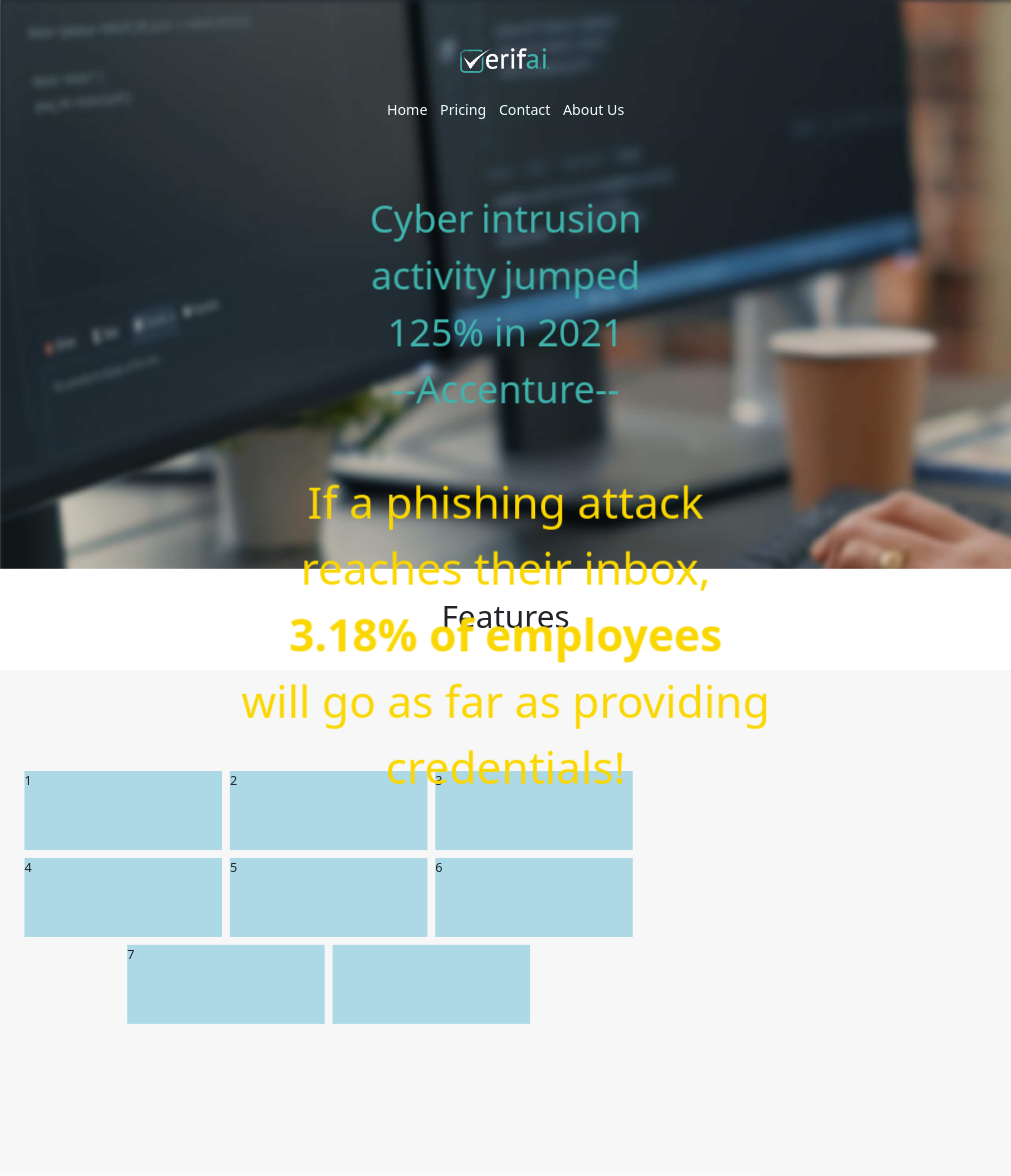
Repository: Ali-VB/verif-website
Page: /
These files come from the project's save history. The page is drawn as it stood at one moment and after a run of saves; the edit follows.
The browser window is 1280 px wide. The pictures show the whole page, at 79% of full size.
The project was rebuilt for these pictures with package versions that can differ from the ones it lists, and the page was loaded fresh each time.

Above is the page before, as saved 2022-04-19 10:54:42.

### src/index.css
 body {
  margin: 0;
  padding: 0;
  font-family: -apple-system, BlinkMacSystemFont, 'Segoe UI', 'Roboto', 'Oxygen',
    'Ubuntu', 'Cantarell', 'Fira Sans', 'Droid Sans', 'Helvetica Neue',
    sans-serif;
  -webkit-font-smoothing: antialiased;
  -moz-osx-font-smoothing: grayscale;
}

/* code {
  font-family: source-code-pro, Menlo, Monaco, Consolas, 'Courier New',
    monospace;
}  */

### src/App.js
import React from "react";
import './App.css'
import Navbar from './components/Navbar/Navbar';
import Features from './components/Features/Features'
import Header from './components/Header/Header'


function App() {
  return (
    <div>
      <div className="nav-bg">
        <Navbar />
        <Header />

      </div>
       <Features />
    </div>

  );
}

export default App;

### src/App.css

.nav-bg{
    background-image: url("./Assets/imgs/nav-bg.png");
    height: 100vh;
}

### src/components/Navbar/Navbar.jsx
import React from "react";
import "./Navbar.css";
import verifLogo from "../../Assets/imgs/logo_verif_white.png";
import Header from "../Header/Header";

function Navbar() {
  return (
    <div className="container">
      <div className=" navbar">
        <img className="verif-logo" src={verifLogo} alt="verif-logo" />
        <ul className="navLink">
          <li>Home</li>
          <li>Pricing</li>
          <li>Contact</li>
          <li>About Us</li>
        </ul>
      </div>
    </div>
  );
}

export default Navbar;

### src/components/Features/Features.jsx
import React from "react";
import "./Features.css";
const Features = () => {
  return (
    <div>
      <div className="features-title-section">
        <h1 className="features-title">Features</h1>
      </div>
      <div className="features-section">
        <div className="feature-table">
          <div>1</div>
          <div>2</div>
          <div>3</div>
          <div>4</div>
          <div>5</div>
          <div>6</div>
          <div>7</div>
          <div></div>
        </div>
      </div>
    </div>
  );
};

export default Features;

### src/components/Header/Header.jsx
import React from "react";
import "./Header.css";

export default function Header() {
  return (
    <div className="header-animated">
      <div className="text-first">
        <span className="text-first-span">Cyber</span>
        <span className="text-first-span">intrusion</span>
        <span className="text-first-span">activity</span>
        <span className="text-first-span">jumped</span>
        <span className="text-first-span">125% in 2021</span>
        <span className="text-first-span">--Accenture--</span>
      </div>
      <div className="text-second">
        <span className="text-second-span">If a phishing attack reaches their inbox,</span>
        <span className="text-second-span">3.18% of employees</span>
        <span className="text-second-span">
          will go as far as providing credentials!
        </span>
      </div>
    </div>
  );
}

### src/components/Navbar/Navbar.css

.navbar{
    display: flex;
    flex-direction: column;
    justify-content: center;
    height:10rem;
}
.verif-logo{
    width: 8rem;
    margin-top: 3rem;
}
.verif-logo:hover{
    cursor: pointer;
}
.navLink{
    margin: 0;
    padding:0;
    list-style-type: none;
    display: flex;
    color: azure;
    font-size: 18px;
    gap: 1rem;

}
.navLink:hover{
    cursor: pointer;
}

### src/components/Features/Features.css
.features-title-section{
    height: 8rem;
    display: flex;
    justify-content: center;
    align-items: center;
}
.features-title{

}
.features-section{
    height: 40rem;
    background-color: #f7f7f7;
}
.feature-table{
    display: flex;
    flex-wrap: wrap;
    justify-content: center;
    align-items: center;
    align-content: center;
    width: 65%;
    height: 80vh;
    overflow: auto;
    flex-direction: row;
}
.feature-table div{
    width: 250px;
    height: 100px;
    margin: 5px;
    background-color: lightblue;
}

### src/components/Header/Header.css
.header-animated{
    overflow-wrap:break-word;
    margin:0 auto;
    padding: 3rem 5rem;
}

.text-first {
    padding: 2rem 2rem;
    color: #40B3AC;
    font-size:3rem;
    width: 40%;
    margin: 0 auto;
    text-align: center;
    transform: scale(0.94);
    animation: scale 2s forwards cubic-bezier(0.5, 1, 0.89, 1);
  }
.text-second {
    padding: 2rem 2rem;
    color: #FAD700;
    font-size:3.5rem;
    width: 70%;
    margin: 0 auto;
    text-align: center;
    transform: scale(0.94);
    animation: scale 3s forwards cubic-bezier(0.5, 1, 0.89, 1);
  }
  @keyframes scale {
    100% {
      transform: scale(1);
    }
  }

  .text-first-span {
    display: inline-block;
    opacity: 0;
    filter: blur(4px);
  }

  .text-first-span:nth-child(1) {
    animation: fade-in 1s 0.1s forwards cubic-bezier(0.11, 0, 0.5, 0);
    margin: 0 0.3rem;
  }

  .text-first-span:nth-child(2) {
    animation: fade-in 1s 0.3s forwards cubic-bezier(0.11, 0, 0.5, 0);
    margin: 0 0.3rem;
  }

  .text-first-span:nth-child(3) {
    animation: fade-in 1s 0.5s forwards cubic-bezier(0.11, 0, 0.5, 0);
    margin: 0 0.3rem;
  }

  .text-first-span:nth-child(4) {
    animation: fade-in 1s 0.7s forwards cubic-bezier(0.11, 0, 0.5, 0);
    margin: 0 0.3rem;
  }

  .text-first-span:nth-child(5) {
    animation: fade-in 1s 0.9s forwards cubic-bezier(0.11, 0, 0.5, 0);
    margin: 0 0.3rem;
  }
  .text-first-span:nth-child(6) {
    animation: fade-in 1s 0.9s forwards cubic-bezier(0.11, 0, 0.5, 0);
    margin: 0 0.3rem;
  }

  .text-second-span {
    display: inline-block;
    opacity: 0;
    filter: blur(4px);
  }

  .text-second-span:nth-child(1) {
    animation: fade-in 1.2s 2.2s forwards cubic-bezier(0.11, 0, 0.5, 0);
    margin: 0 0.3rem;
  }

  .text-second-span:nth-child(2) {
    animation: fade-in 1.8s 2.6s forwards cubic-bezier(0.11, 0, 0.5, 0);
    margin: 0 0.3rem;
    font-weight: bolder;
  }

  .text-second-span:nth-child(3) {
    animation: fade-in 1.2s 3.6s forwards cubic-bezier(0.11, 0, 0.5, 0);
    margin: 0 0.3rem;
  }


  @keyframes fade-in {
    100% {
      opacity: 1;
      filter: blur(0);
    }
  }

  @media only screen and (max-width: 992px) {
    .text-first {
        margin-top: 3rem;
        margin-bottom: 2rem;
        padding: 0.1rem 0.1rem;
        width: 90%;
        font-size:3.5rem;


      }
      .text-second {
        padding: 0.1rem 0.1rem;
        width: 90%;
        font-size:4rem;

      }
  }

  @media only screen and (max-width: 768px) {
    .text-first {
        margin-top: 4.5rem;
        margin-bottom: 3rem;
        padding: 0.1rem 0.1rem;
        width: 90%;
        font-size:1.5rem;


      }
    .text-second {
        padding: 0.1rem 0.1rem;
        width: 90%;
        font-size:2.1rem;

      }
  }

Loaded but not shown: public/index.html (common file); src/index.js (common file); src/reportWebVitals.js (common file)

After the next 2 saves:
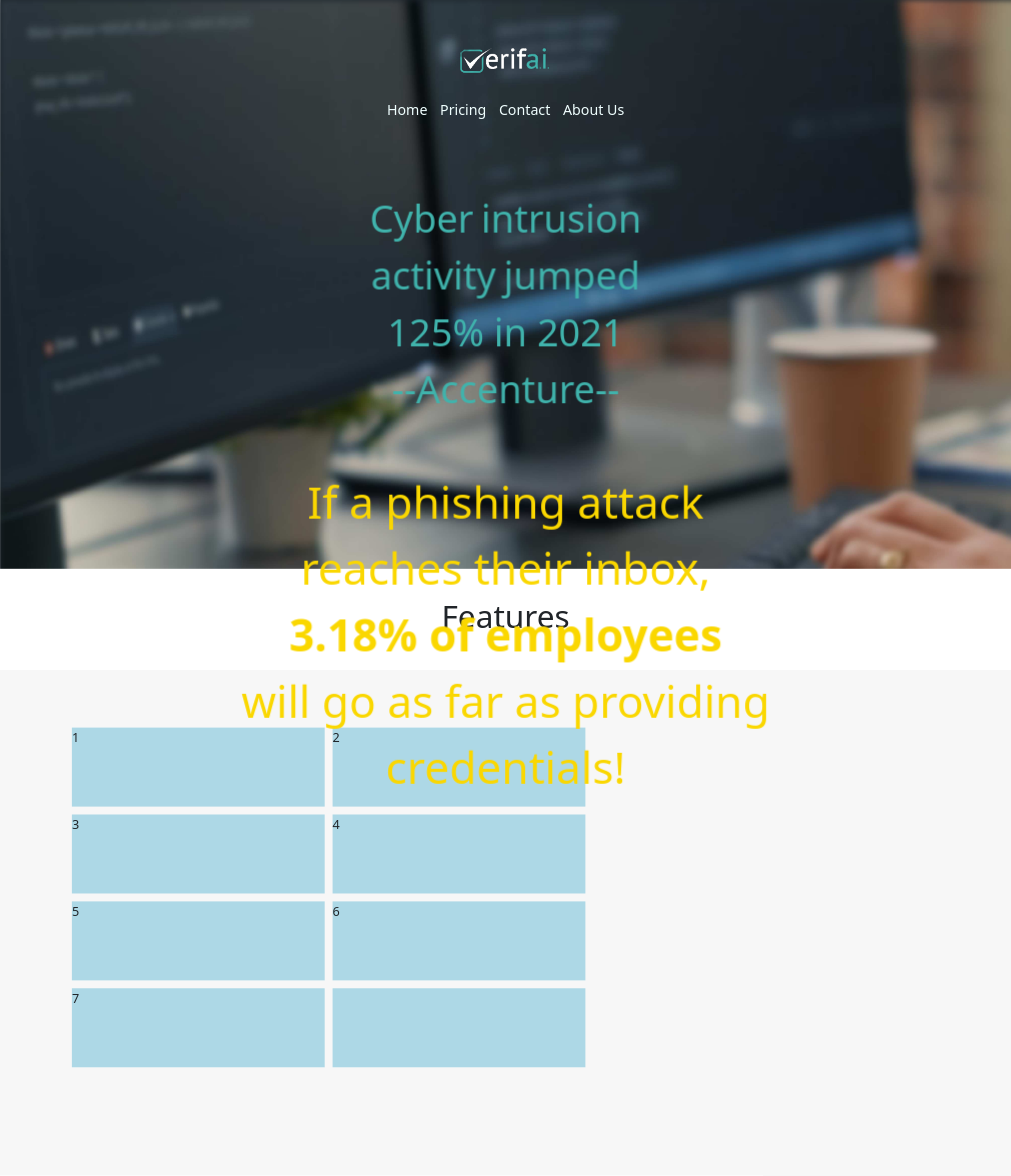
The 2 saves are shown as one change because they came seconds apart.
The last was saved 28 s later.
--- a/src/components/Features/Features.css
+++ b/src/components/Features/Features.css
@@ -23,7 +23,7 @@
     flex-direction: row;
 }
 .feature-table div{
-    width: 250px;
+    width: 20rem;
     height: 100px;
     margin: 5px;
     background-color: lightblue;
